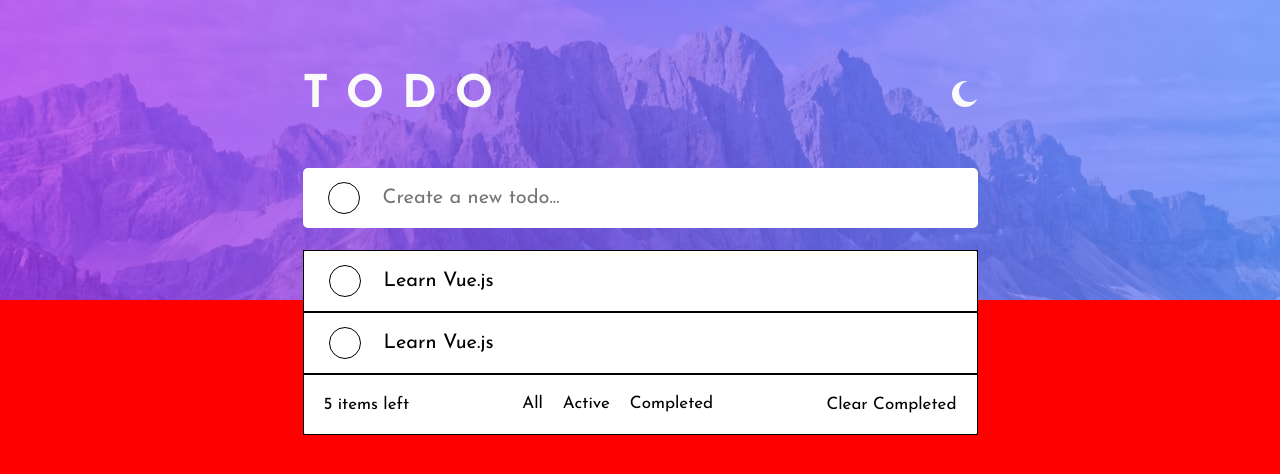
Repository: tomas938/todo-app
Page: /
These files come from the project's save history. The page is drawn as it stood at one moment and after the next save; the edit follows.
The browser window is 1280 px wide. The pictures show the whole page.
The project was rebuilt for these pictures with package versions that can differ from the ones it lists, and the page was loaded fresh each time.

Above is the page before, as saved 2021-08-18 11:55:07.

After the next save:
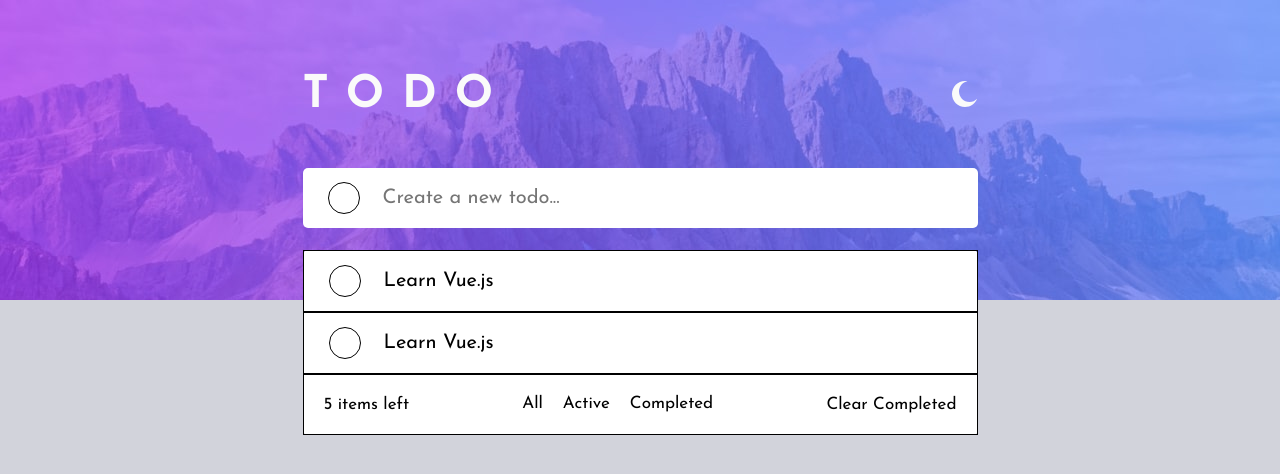
Saved 14 s later.
--- a/src/App.vue
+++ b/src/App.vue
@@ -21,7 +21,7 @@ body {
 	font-family: $font-primary;
 }
 .light {
-	background-color: red;
+	background-color: var(--body-bg);
 }
 
 li {
